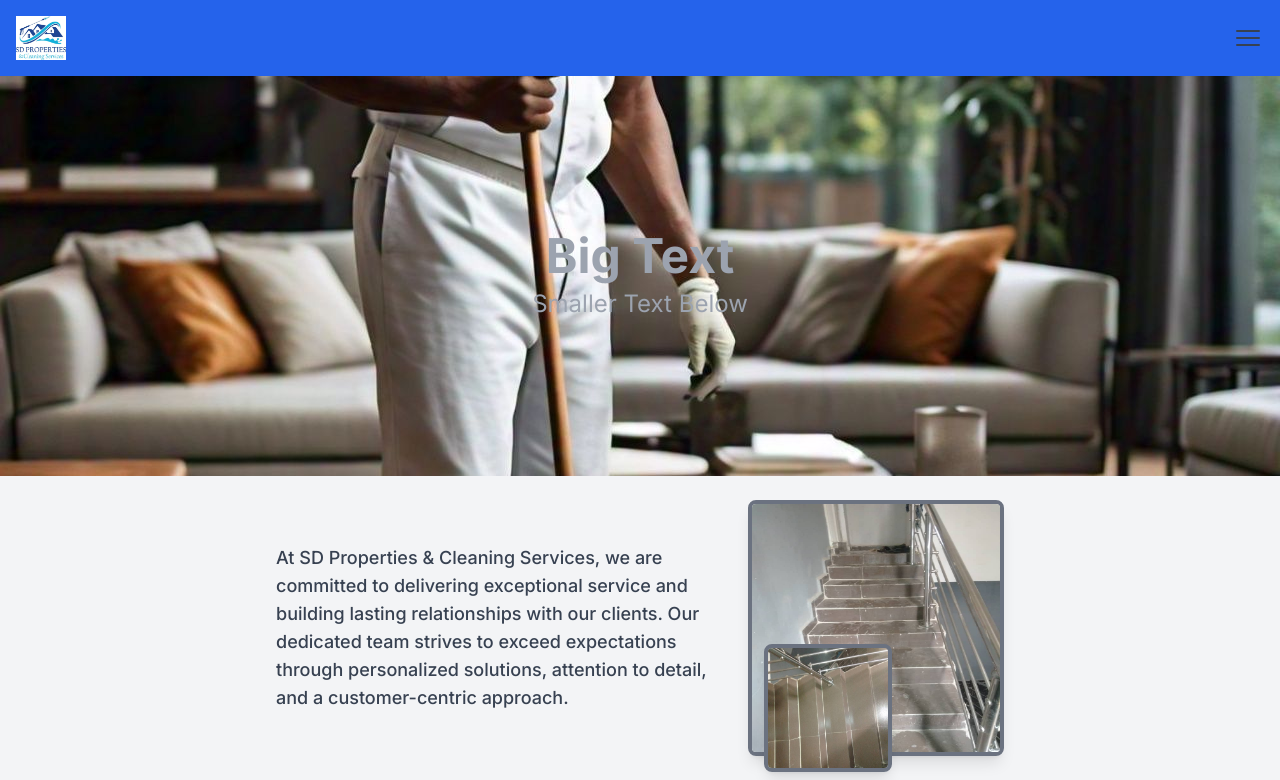
Repository: devmskhan/sdpropandclean
Page: /
The author's editor kept a copy of each file at every save. The page is drawn from the files as they stood at one save, then again after a run of saves.
The browser window is 1280 px wide. The pictures show the whole page.
The project was rebuilt for these pictures with package versions that can differ from the ones it lists, and the page was loaded fresh each time. The framework's server and built-in components were replaced by stand-ins that run in the browser. Also part of the build but not shown: next.config.mjs.

Above is the page before, as saved 2024-09-03 11:49:57.

### app/layout.tsx
import type { Metadata } from "next";
import { Inter } from "next/font/google";
import "./globals.css";

const inter = Inter({ subsets: ["latin"] });

export const metadata: Metadata = {
  title: "SD Properties & Cleaning",
  description: "Provision of Houses and Cleanliness of Homes is our apex goal",
};

export default function RootLayout({
  children,
}: Readonly<{
  children: React.ReactNode;
}>) {
  return (
    <html lang="en">
      <body className={inter.className}>{children}</body>
    </html>
  );
}

### app/page.tsx
import Header from '../components/Header';
import Body from '../components/Body';

export default function Home() {
  return (
    <main className="min-h-screen bg-gray-200">
      <Header />
      <Body />
    </main>
  );
}

### components/Header.tsx
import Image from "next/image";
import { Bars3Icon } from '@heroicons/react/24/solid'


function Header() {
    return (
        <header className="sticky top-0 flex justify-between items-center p-4 bg-blue-600 shadow-md">
      {/* Logo on the top left */}
      <div className="flex items-center">
        <Image
          src="/sdlogo.jpg"
          alt="Logo"
          width={50}
          height={50}
          className="cursor-pointer"
        />
      </div>

      {/* Triple line (hamburger) icon on the top right */}
      <div className="cursor-pointer">
        <Bars3Icon className="h-8 w-8 text-gray-700" />
      </div>
    </header>
    )
}

export default Header;

### components/Body.tsx



function Body() {
    return (
        <div>
            <div className="relative w-full h-[400px] bg-cover bg-center text-gray-400"
         style={{ backgroundImage: 'url("/pic1.jpg")' }}>
      <div className="absolute inset-0 flex flex-col justify-center items-center text-center">
        {/* Larger Text */}
        <h1 className="text-5xl font-bold mb-2">
          Big Text
        </h1>
        {/* Smaller Text */}
        <p className="text-2xl">
          Smaller Text Below
        </p>
      </div>
    </div>

    <div>

    </div>

    <div className="flex items-center justify-center p-6 bg-gray-100">
  <div className="max-w-md text-left mr-6">
    <p className="text-lg font-medium text-gray-700">
      At SD Properties & Cleaning Services, we are committed to delivering exceptional service and building lasting relationships with our clients. Our dedicated team strives to exceed expectations through personalized solutions, attention to detail, and a customer-centric approach.
    </p>
  </div>
  <div className="relative">
    <img src="stairsb.jpg" alt="Top Image" className="w-64 h-64 rounded-lg shadow-lg border-gray-500 border-solid border-4" />
    <img src="stairsaft.jpg" alt="Bottom Image" className="absolute bottom-0 left-0 w-32 h-32 rounded-lg shadow-lg transform translate-x-4 translate-y-4 border-gray-500 border-solid border-4" />
  </div>
</div>


        </div>


    )
}

export default Body;

Loaded but not shown: app/globals.css (common file); tailwind.config.ts (common file)

After the next 3 saves:
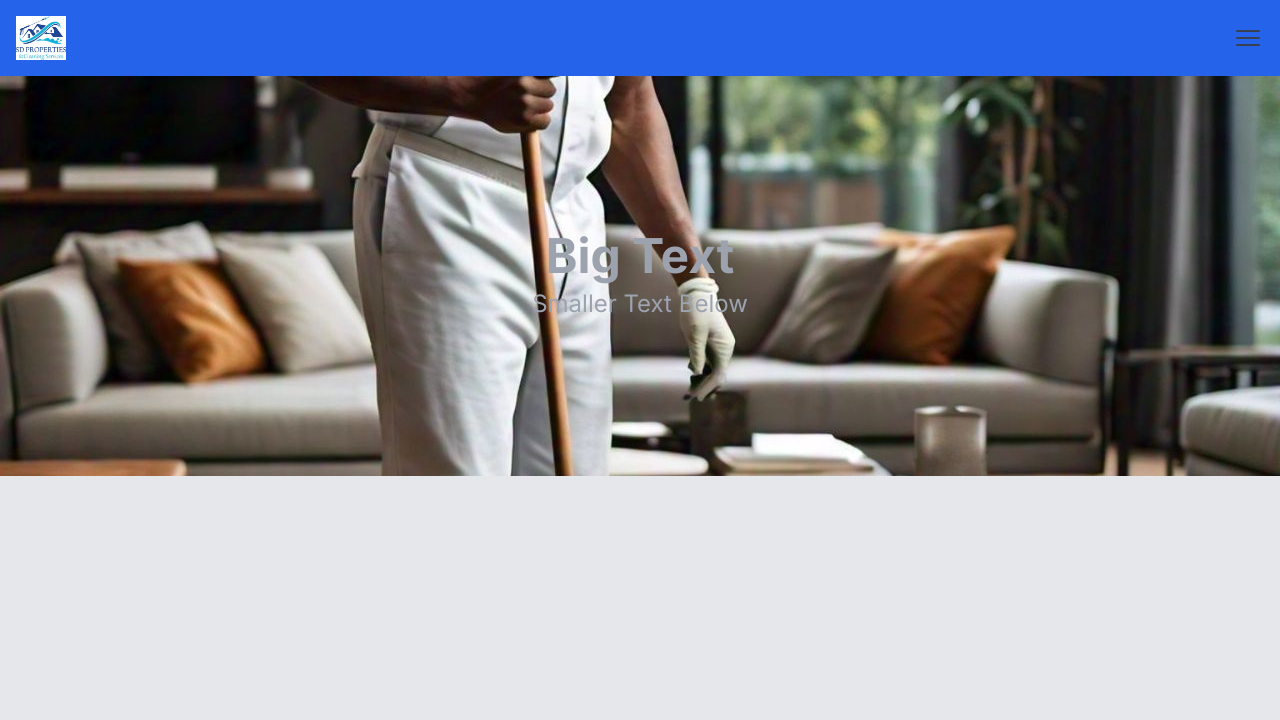
The 3 saves are shown as one change because 1 did not build or start and some came seconds apart.
The last was saved 4 min 26 s later.
--- a/components/Body.tsx
+++ b/components/Body.tsx
@@ -22,17 +22,6 @@ function Body() {
 
     </div>
 
-    <div className="flex items-center justify-center p-6 bg-gray-100">
-  <div className="max-w-md text-left mr-6">
-    <p className="text-lg font-medium text-gray-700">
-      At SD Properties & Cleaning Services, we are committed to delivering exceptional service and building lasting relationships with our clients. Our dedicated team strives to exceed expectations through personalized solutions, attention to detail, and a customer-centric approach.
-    </p>
-  </div>
-  <div className="relative">
-    <img src="stairsb.jpg" alt="Top Image" className="w-64 h-64 rounded-lg shadow-lg border-gray-500 border-solid border-4" />
-    <img src="stairsaft.jpg" alt="Bottom Image" className="absolute bottom-0 left-0 w-32 h-32 rounded-lg shadow-lg transform translate-x-4 translate-y-4 border-gray-500 border-solid border-4" />
-  </div>
-</div>
 
 
         </div>
